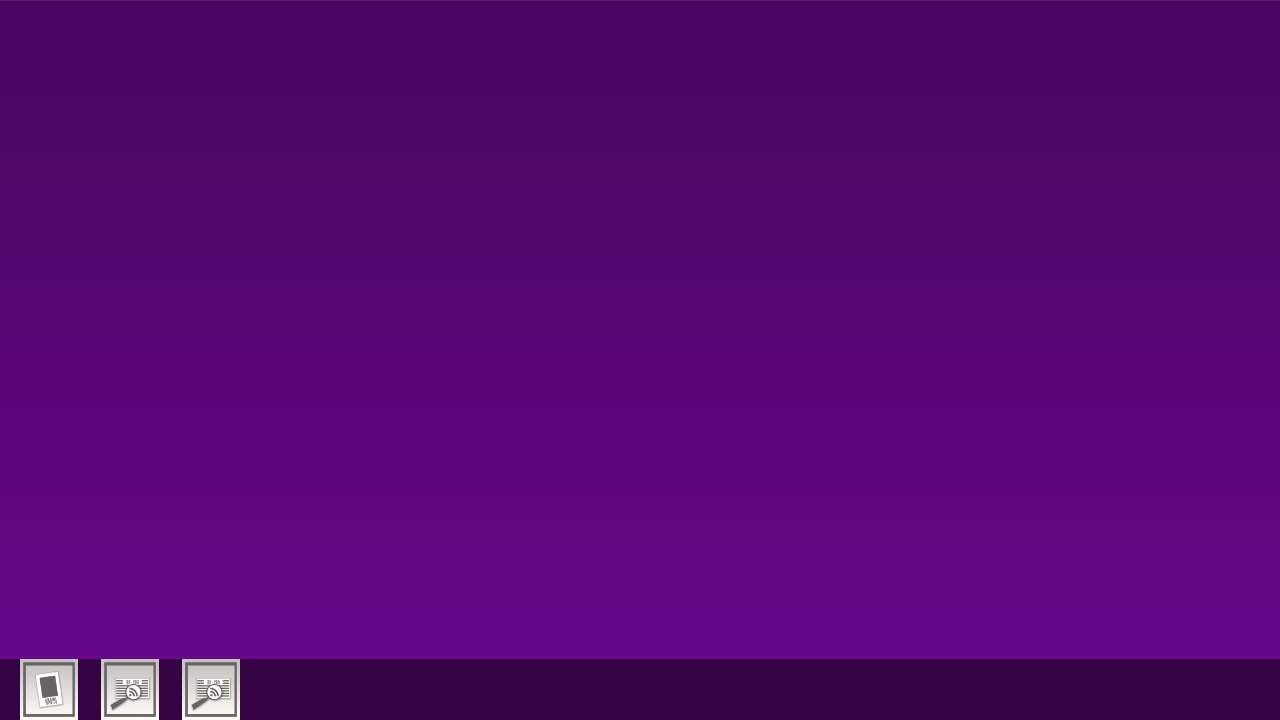
Repository: hj222hi/1dv403-laborationer
Page: 5 - pwd/index.html
The author's editor kept a record of every edit. The page is drawn from the files as they stood at one moment, then again after the next edit.
The browser window is 1280 px wide. The pictures show the whole page.

Above is the page before.

After the next edit:
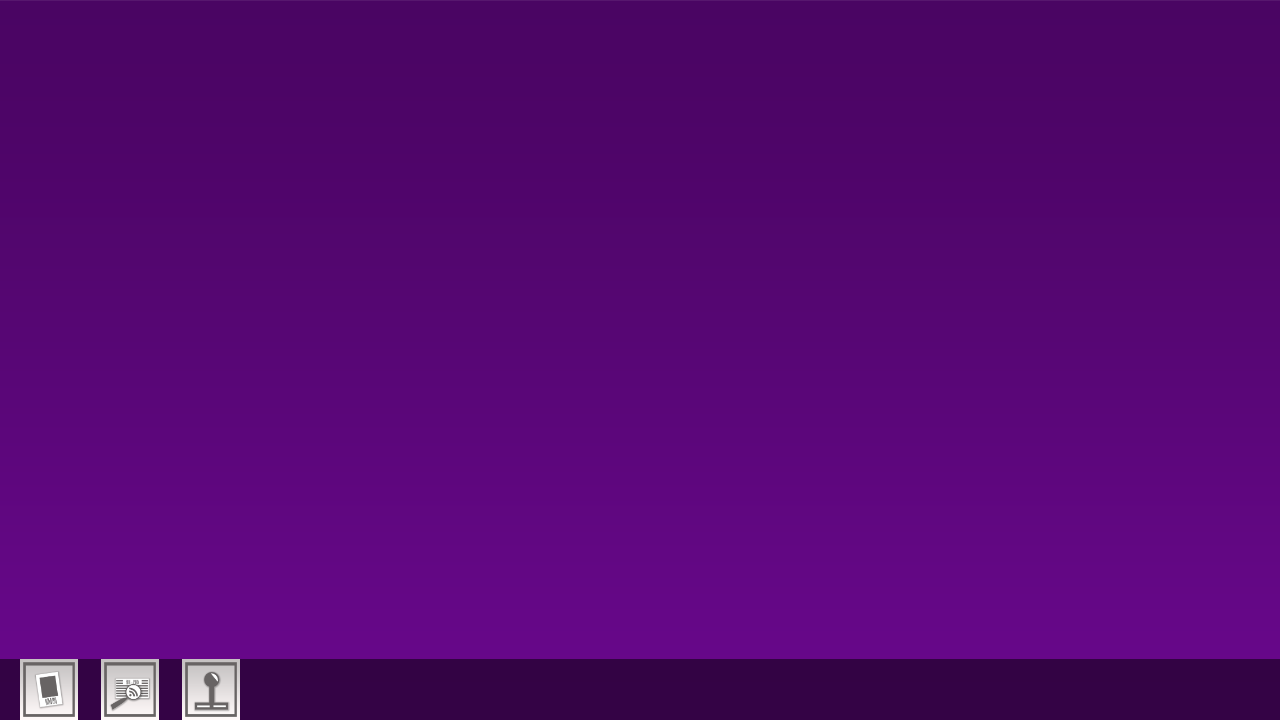
The edit:
--- a/5 - pwd/index.html
+++ b/5 - pwd/index.html
@@ -31,7 +31,7 @@
 			<div id="fotter">
 				<a id="picslink" href="#"> <img class="foticons" src="pics/pics.png"/> </a>
 				<a id="rsslink" href="#"> <img class="foticons" src="pics/rss.png"/> </a>
-				<a id="memolink" href="#"> <img class="foticons" src="pics/rss.png"/> </a>
+				<a id="memolink" href="#"> <img class="foticons" src="pics/game.png"/> </a>
 			</div>
               	 	 <script type="text/javascript" src="javascript/memory.js"></script>
               	 	  <script type="text/javascript" src="javascript/random.js"></script>
